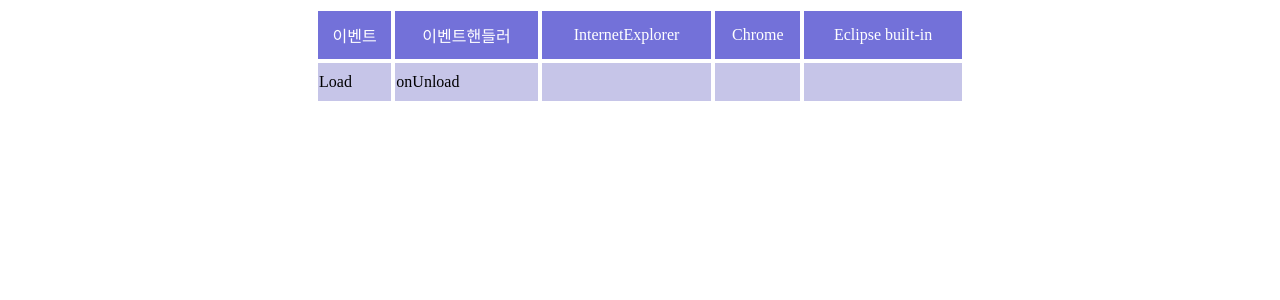
Repository: jpg723/Assignment
Page: 웹프로그래밍/Practice_A_01/src/main/webapp/practice_A_01.html
These files come from the project's save history. The page is drawn as it stood at one moment and after a run of saves; the edit follows.
The browser window is 1280 px wide. The pictures show the whole page.

Above is the page before, as saved 2021-10-02 04:58:42.

### 웹프로그래밍/Practice_A_01/src/main/webapp/practice_A_01.html
<!DOCTYPE html>
<html>
<head>
<meta charset="UTF-8">
<style>
	td{
		border: 1px solid white;
	}

	table {
		width: 650px;
		height: 500x;
	}

	tr.box1 {
		background-color: #7371d9;
		color: white;
		width: 10px;
		height: 50px;
		text-align: center;
	}

	tr.box2 {
		background-color: #c6c5e8;
		height: 40px;
	}
</style>
<title>practice_A_01</title>
</head>
<body>
	<div align="center">
		<table>
			<tr class= "box1">
				<td>이벤트</td>
				<td>이벤트핸들러</td>
				<td>InternetExplorer</td>
				<td>Chrome</td>
				<td>Eclipse built-in</td>
			</tr>
			<tr class= "box2">
				<td>Load</td>
				<td>onUnload</td>
				<td></td>
				<td></td>
				<td></td>
			</tr>
		</table>
	</div>
</body>
</html>

After the next 2 saves:
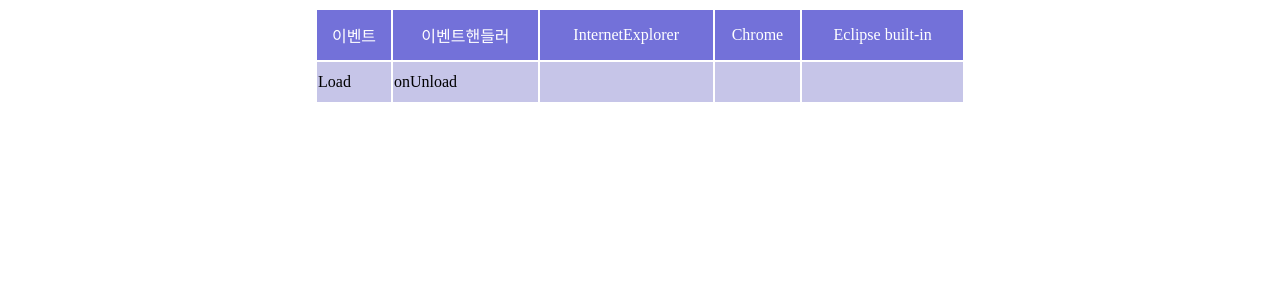
The 2 saves are shown as one change because they came seconds apart.
The last was saved 24 s later.
--- a/웹프로그래밍/Practice_A_01/src/main/webapp/practice_A_01.html
+++ b/웹프로그래밍/Practice_A_01/src/main/webapp/practice_A_01.html
@@ -4,7 +4,7 @@
 <meta charset="UTF-8">
 <style>
 	td{
-		border: 1px solid white;
+		border: 1px white;
 	}
 
 	table {
